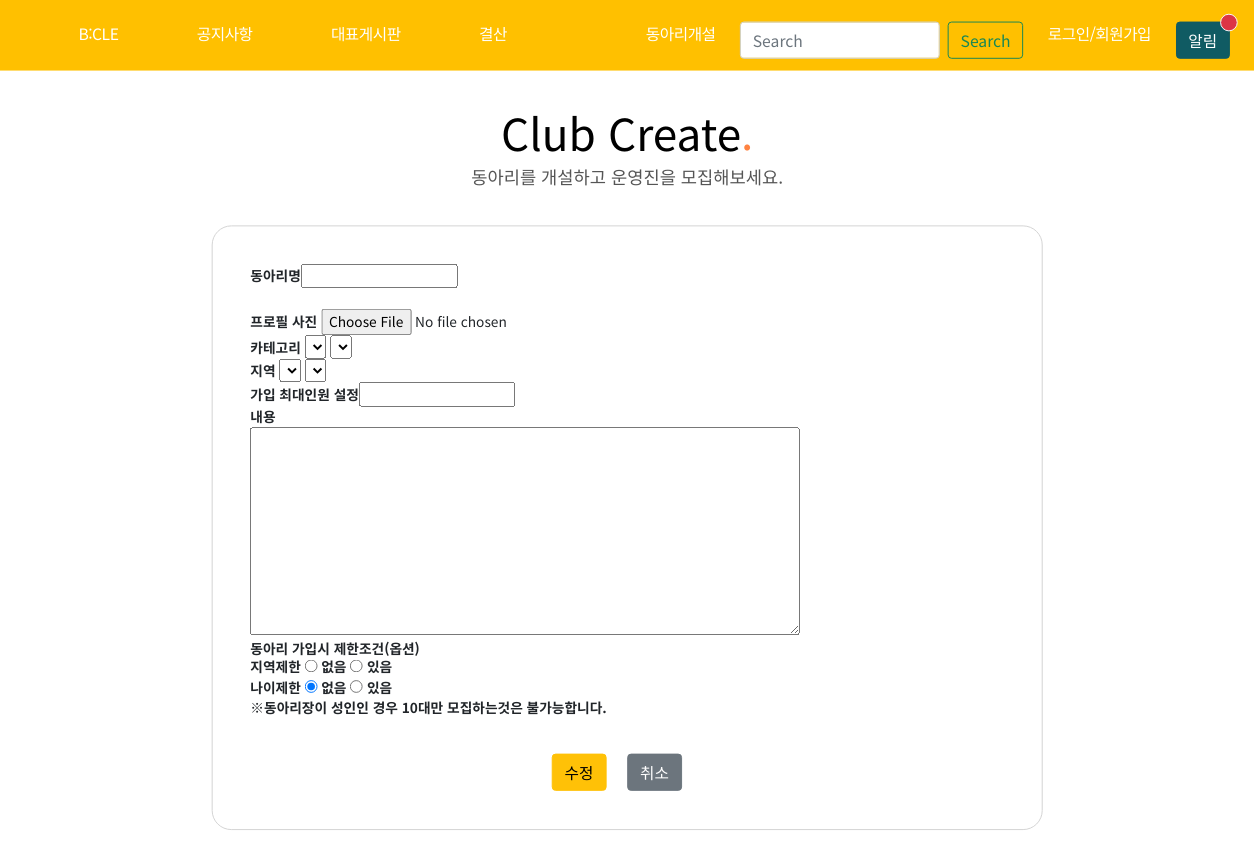
Repository: CHAEYUN7074/SpringProject
Page: http://localhost/viewpages/WEB-INF/view/PreClubUpdateForm.jsp
The author's editor kept a copy of each file at every save. The page is drawn from the files as they stood at one save, then again after the next save.
The browser window is 1280 px wide. The pictures show the whole page, at 98% of full size.
Some web fonts or font styles are not loaded; a fallback is used. The page is served by Tomcat 9. Nobody is signed in. The template is opened directly, without the code that normally fills it, so the values that code supplies are empty.

Above is the page before, as saved 2021-12-27 16:31:58.

After the next save:
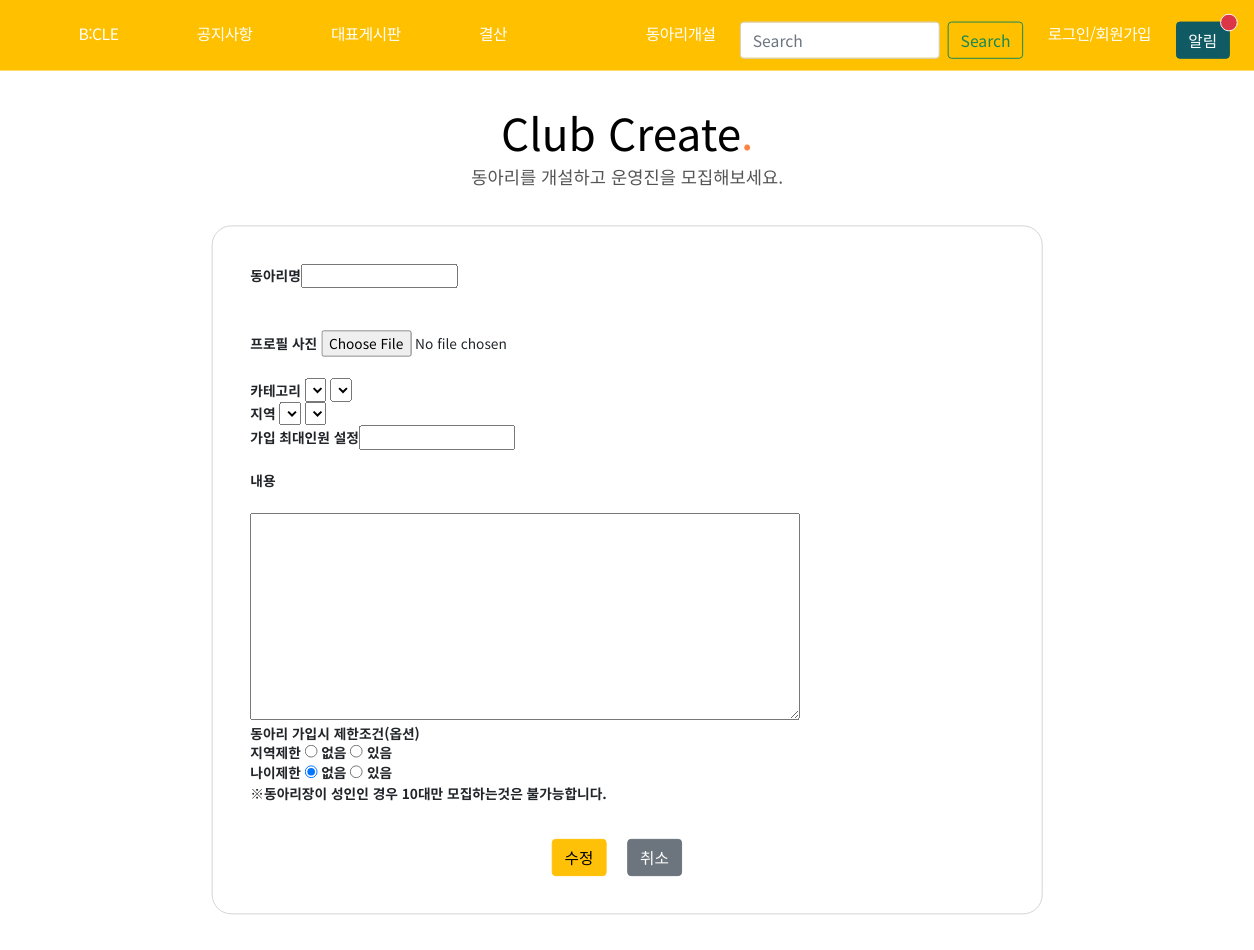
Saved 40 s later.
--- a/viewpages/WebContent/WEB-INF/view/PreClubUpdateForm.jsp
+++ b/viewpages/WebContent/WEB-INF/view/PreClubUpdateForm.jsp
@@ -29,6 +29,7 @@ section .name p {font-size: 18px; color: #555;}
    font-family: 'Noto Sans KR', sans-serif;
    font-weight:bold;
 }
+#contents p {margin-bottom : 3vh;}
 
 .button_set {display : flex; margin-left : 40%; margin-top : 5vh;}
 .button_set button {margin-right : 3vh;}
